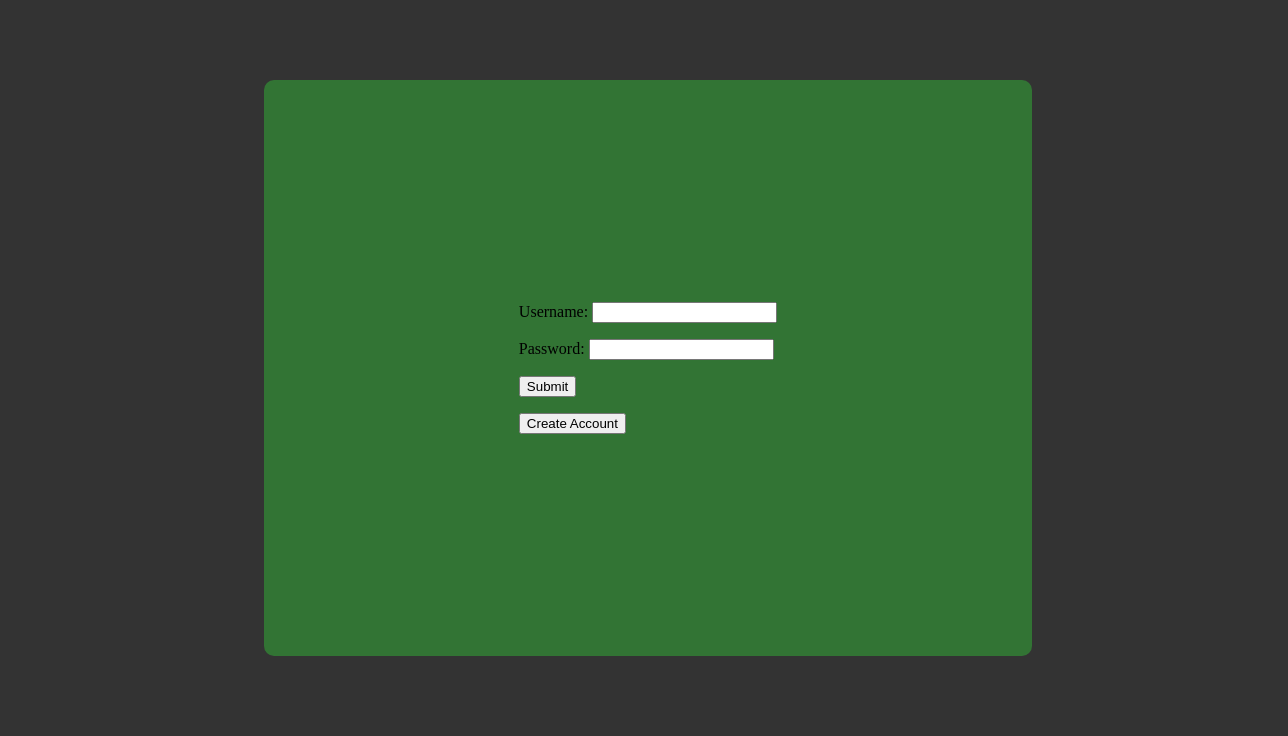
Repository: Jtho28/4830-group-project
Page: Esports-webproj/src/main/webapp/WEB-INF/Login.html
The author's editor kept a copy of each file at every save. The page is drawn from the files as they stood at one save, then again after the next save.
The browser window is 1280 px wide. The page is 1288 px wide, so the pictures cover 1288 px, including what lies to the right of the window. The pictures show the whole page.

Above is the page before, as saved 2022-11-16 21:04:32.

After the next save:
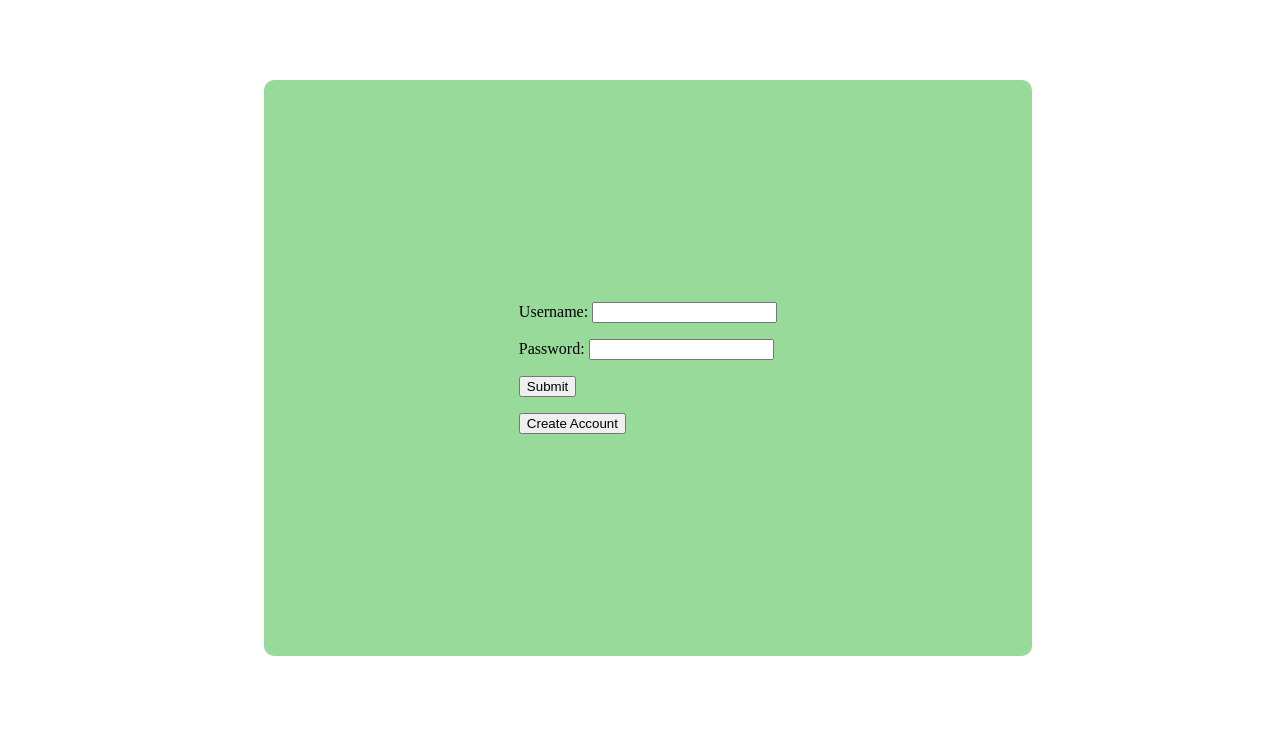
Saved 21 s later.
--- a/Esports-webproj/src/main/webapp/WEB-INF/login.css
+++ b/Esports-webproj/src/main/webapp/WEB-INF/login.css
@@ -6,7 +6,7 @@ body {
 	justify-content: center;
 	height: 100vh;
 	width: 100vw;
-	background: rgba(0,0,0, .8);
+	background: rgba(255,255,255, .8);
 
 }
 
